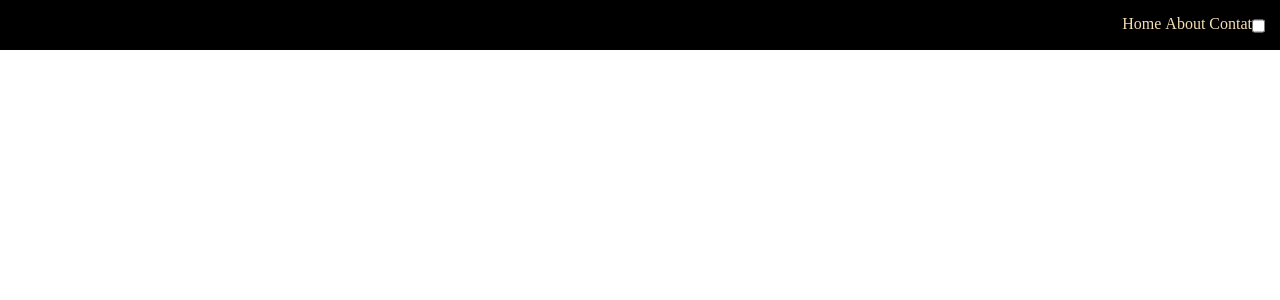
Repository: imokha01/toggleNavBar
Page: index.html
An editor plug-in stored every save of this project. The page is shown before and after the next save, followed by the edit.
The browser window is 1280 px wide. The pictures show the whole page.

Above is the page before, as saved 2023-12-26 22:16:48.

After the next save:
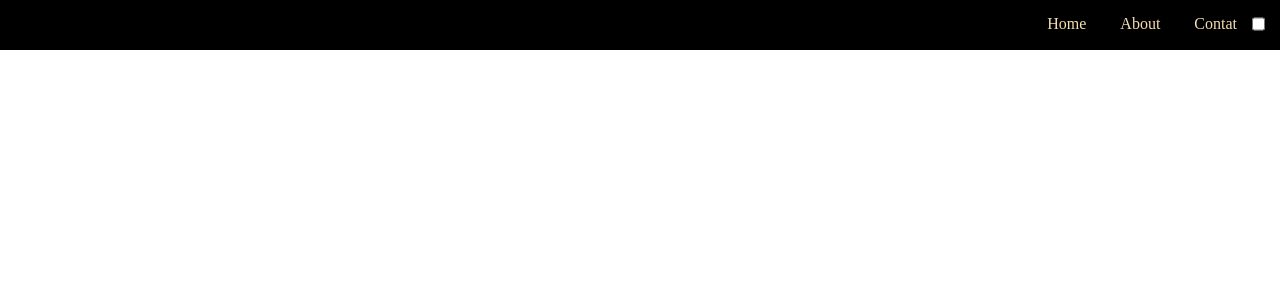
Saved 5 s later.
--- a/style.css
+++ b/style.css
@@ -20,8 +20,8 @@
 .header__content__navbar__link{
     color: wheat;
     text-decoration: none;
-    float: left;
     margin: auto;
+    padding: 15px
 
 }
 
